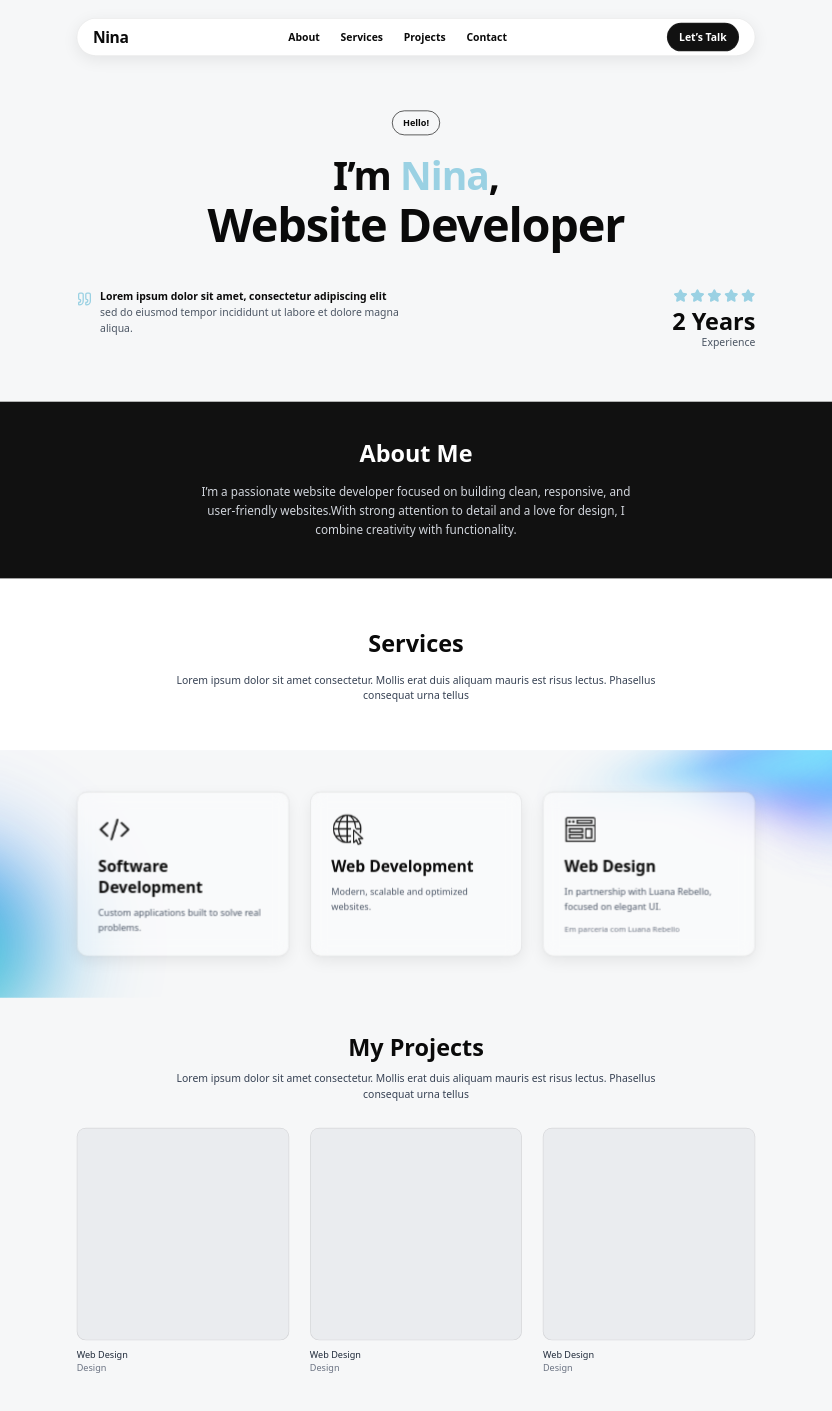
Repository: nina-rebello/portfolio
Page: /
These files come from the project's save history. The page is drawn as it stood at one moment and after the next save; the edit follows.
The browser window is 1280 px wide. The pictures show the whole page, at 65% of full size.
The project was rebuilt for these pictures with package versions that can differ from the ones it lists, and the page was loaded fresh each time. The framework's server and built-in components were replaced by stand-ins that run in the browser. Also part of the build but not shown: next.config.ts.

Above is the page before, as saved 2025-09-11 17:47:49.

After the next save:
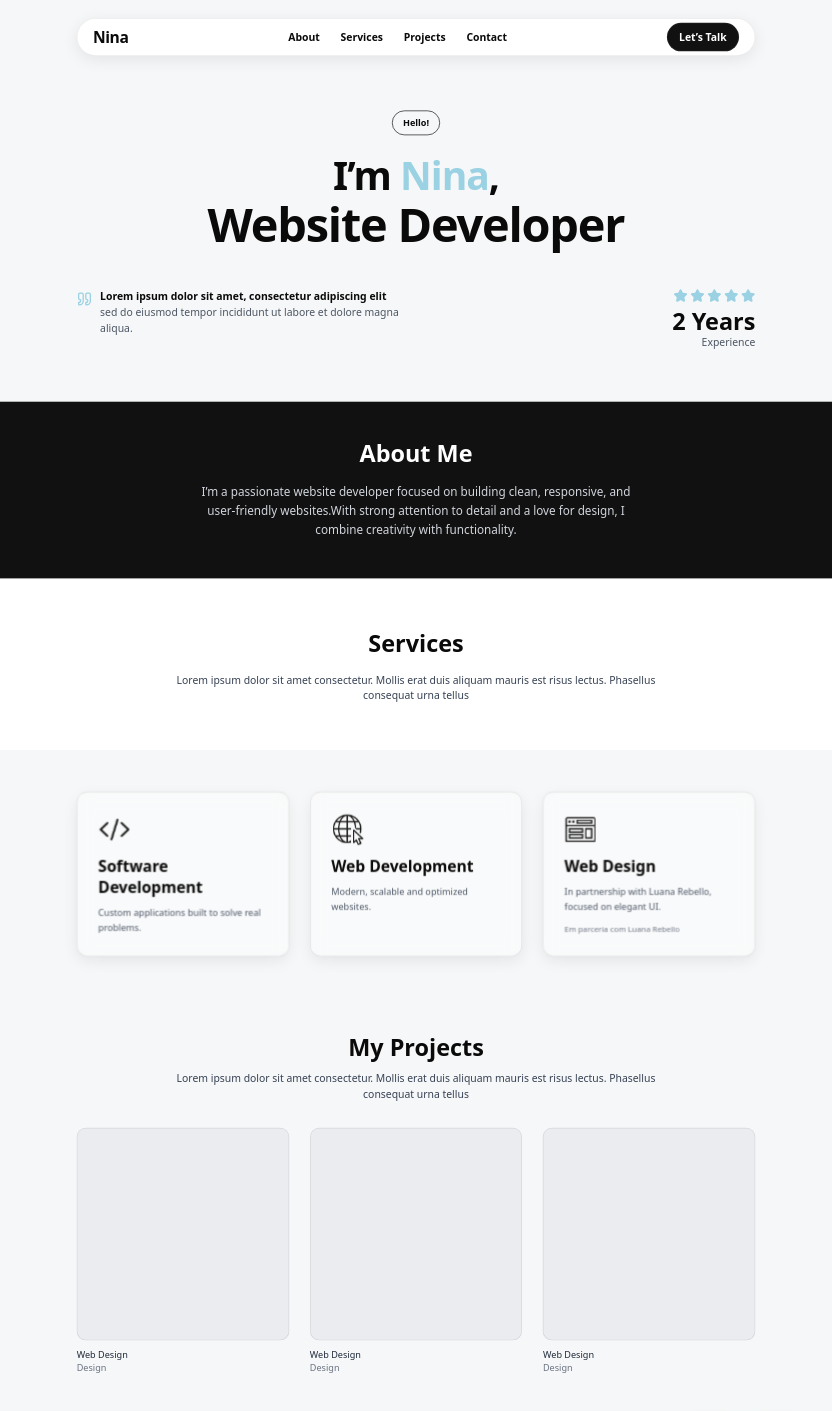
Saved 2 min 14 s later.
--- a/components/sections/Services.tsx
+++ b/components/sections/Services.tsx
@@ -22,23 +22,25 @@ export default function Services() {
   return (
     <section id="services" className="relative overflow-hidden">
       {/* === gradientes de fundo === */}
-      <div className="absolute inset-0 z-0 pointer-events-none select-none">
-        <Image
-          src="/gradients/light-leak-blur-transparent-free-png.png"
-          alt=""
-          width={1400}
-          height={1000}
-          className="absolute -top-10 left-200 w-[1000px] opacity-80"
-          priority
-        />
-        <Image
-          src="/gradients/blur-gradient.png"
-          alt=""
-          width={760}
-          height={760}
-          className="absolute top-44 right-230 w-[860px] opacity-70"
-        />
-      </div>
+      {/* === gradientes de fundo === */}
+<div className="absolute inset-x-0 top-0 -bottom-[420px] -z-10 pointer-events-none select-none">
+  <Image
+    src="/gradients/light-leak-blur-transparent-free-png.png"
+    alt=""
+    width={1400}
+    height={1000}
+    className="absolute -top-10 left-[-200px] w-[1000px] opacity-80"
+    priority
+  />
+  <Image
+    src="/gradients/blur-gradient.png"
+    alt=""
+    width={860}
+    height={860}
+    className="absolute top-44 right-[-230px] w-[860px] opacity-70"
+  />
+</div>
+
 
       {/* === faixa branca por cima dos gradientes === */}
       <div className="relative z-10 bg-white pt-20 pb-18 text-center">
